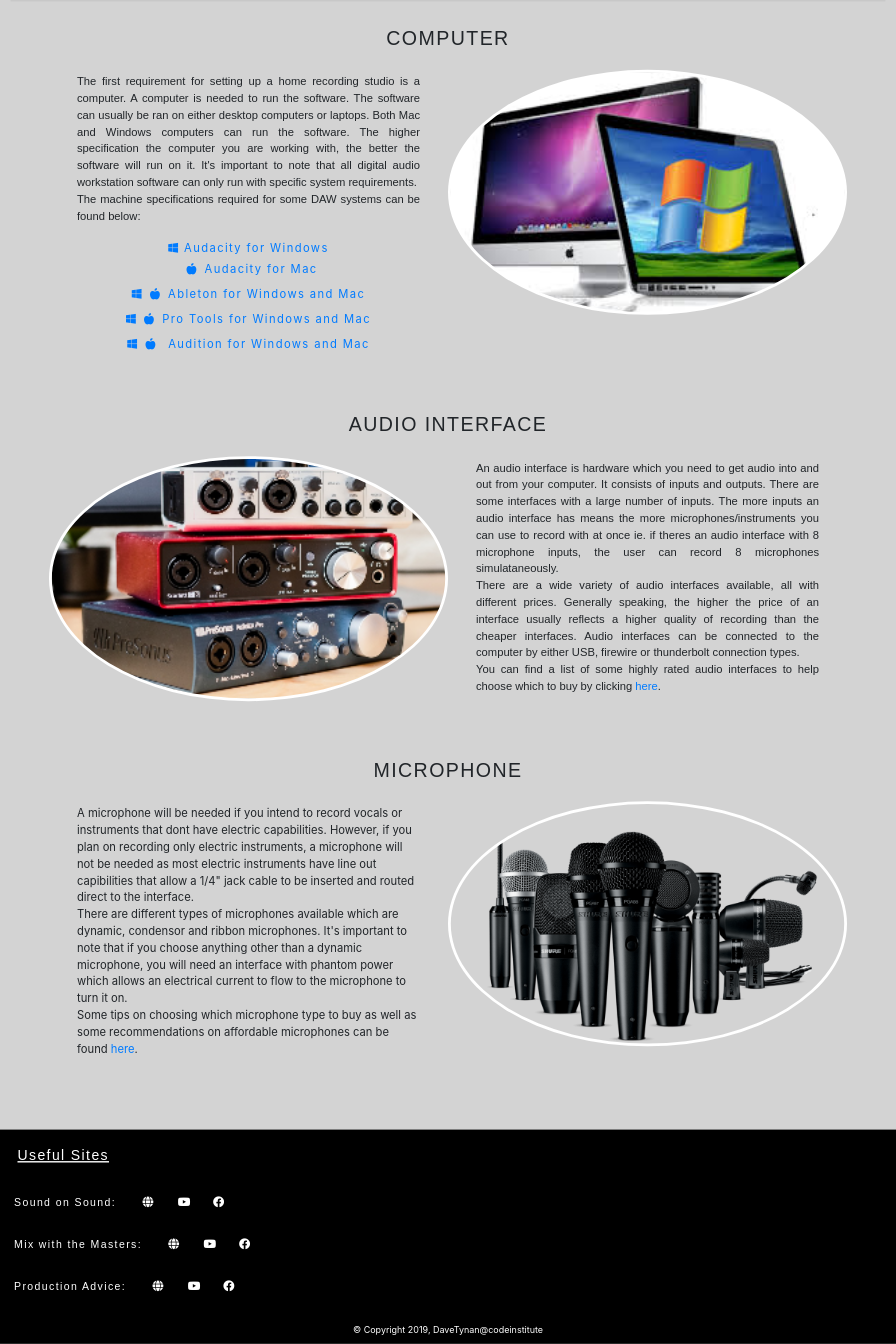
Repository: djjtyn/CIMilestoneProject1
Page: index.html
The author's editor kept a record of every edit. The page is drawn from the files as they stood at one moment, then again after the next edit.
The browser window is 1280 px wide. The pictures show the part of the page from y = 1334 to 3254 px (the page is 3254 px tall before and 3214 px after), at 70% of full size.
Some web libraries are served in a nearby version.

Above is the page before.
Console error (its wording comes from the project's code and is left out).

After the next edit:
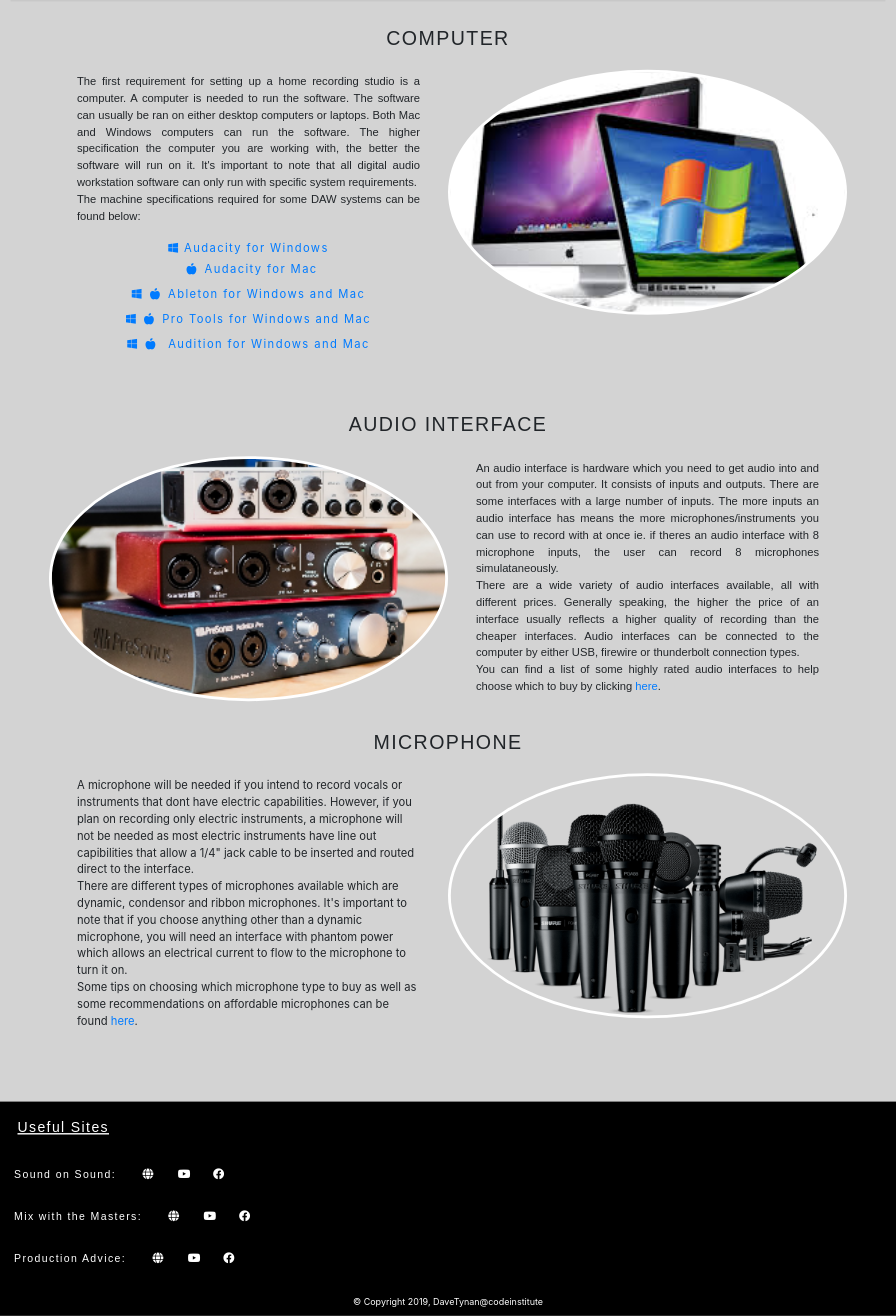
The edit:
--- a/css/style.css
+++ b/css/style.css
@@ -125,6 +125,7 @@
     padding:40px;
     text-align:center;
     padding-top: 5px;
+    padding-bottom: 0px;
 }
 
 .microphone{
